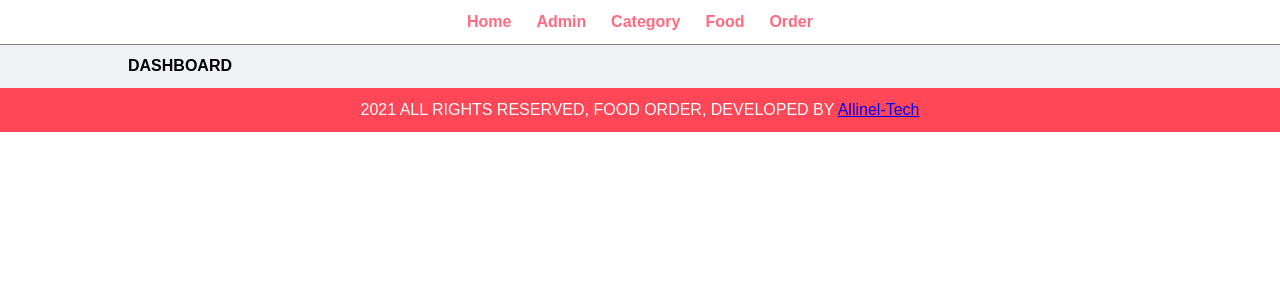
Repository: yazshrilld/food_order
Page: http://localhost/admin/index.php
The author's editor kept a copy of each file at every save. The page is drawn from the files as they stood at one save, then again after a run of saves.
The browser window is 1280 px wide. The pictures show the whole page.
The page is run by PHP 8.4 with error messages shown; the project is at /var/www/html/.

Above is the page before, as saved 2021-01-24 16:34:46.

### admin/index.php
    <html>
    <head>
        <title>Food Order Website - Home Page</title>
        <link rel="stylesheet" href="../css/admin.css">
    </head>
    <body>
        <!-- Menu Section Starts -->
            <div class="menu text-center">
                <div class="wrapper">
                    <ul>
                        <li><a href="">Home</a></li>
                        <li><a href="">Admin</a></li>
                        <li><a href="">Category</a></li>
                        <li><a href="">Food</a></li>
                        <li><a href="">Order</a></li>
                    </ul>
                </div>
            </div>
        <!-- Menu Section Ends -->

        <!-- Main Content Section Starts -->
            <div class="main-content">
                <div class="wrapper">
                    <strong>DASHBOARD</strong>
                    <div class="col-4">

                    </div>
                </div>
            </div>
        <!-- Main Content Section Ends -->

        <!-- Footer Section Starts -->
            <div class="footer">
                <div class="wrapper">
                    <p class="text-center">2021 ALL RIGHTS RESERVED, FOOD ORDER, DEVELOPED BY <a href="#">Allinel-Tech</a></p>
                </div>
            </div>
        <!-- Footer Section Ends -->

    </body>
</html>

### css/admin.css
/*
    Author: Musa Yazid
    Theme: Food Order Website Admin
    Version: 1.0
*/

* {
    margin: 0;
    padding: 0;
    font-family: Arial, Helvetica, sans-serif;
}

.wrapper {
    padding: 1%;
    width: 80%;
    margin: 0 auto;
}

.text-center {
    text-align: center;
}
/* CSS for Menu */
.menu {
    border-bottom: 1px solid grey;
}
.menu ul {
    list-style-type: none;
}
.menu ul li {
    display: inline;
    padding: 1%;
}
.menu ul li a {
    text-decoration: none;
    font-weight: bold;
    color: #ff6b81;
}
.menu ul li a:hover {

    color: #ff4757;
}

/* CSS for main-content */

.main-content {
    background-color: #f1f2f6;
}

/* CSS for footer */
.footer {
    background-color: #ff4757;
    color: white;
}

After the next 4 saves:
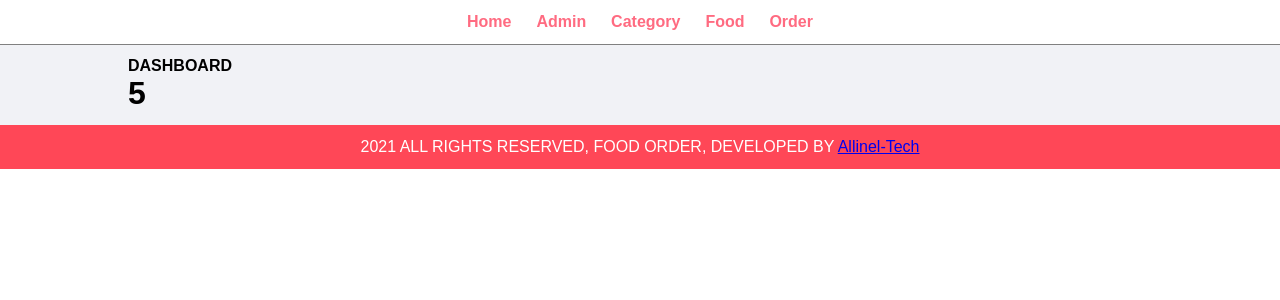
The 4 saves are shown as one change because they came seconds apart.
The last was saved 16 s later.
--- a/admin/index.php
+++ b/admin/index.php
@@ -23,6 +23,7 @@
                 <div class="wrapper">
                     <strong>DASHBOARD</strong>
                     <div class="col-4">
+                        <h1>5</h1>
 
                     </div>
                 </div>
